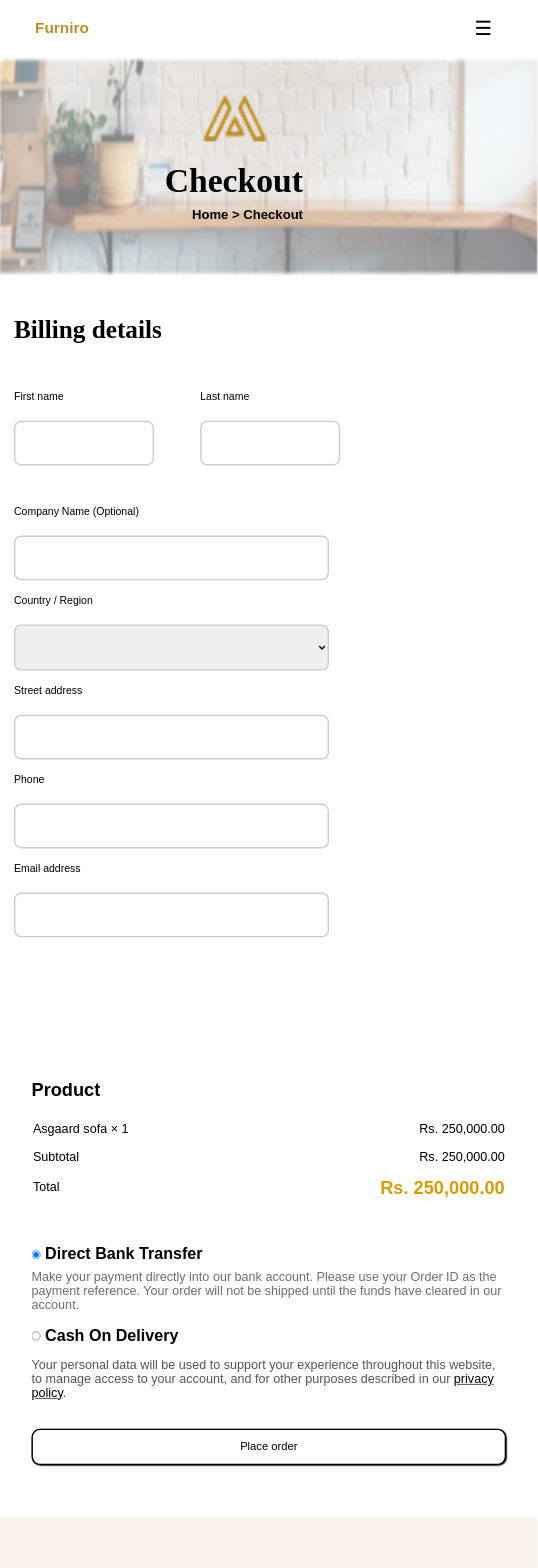
Repository: Ali1Kh/Furniro-ITI
Page: pages/checkout.html
An editor plug-in stored every save of this project. The page is shown before and after a run of saves, followed by the edit.
The browser window is 768 px wide. The pictures show the part of the page from y = 0 to 2240 px (the page is 3040 px tall before and 2975 px after), at 70% of full size.

Above is the page before, as saved 2025-07-19 20:48:57.

After the next 5 saves:
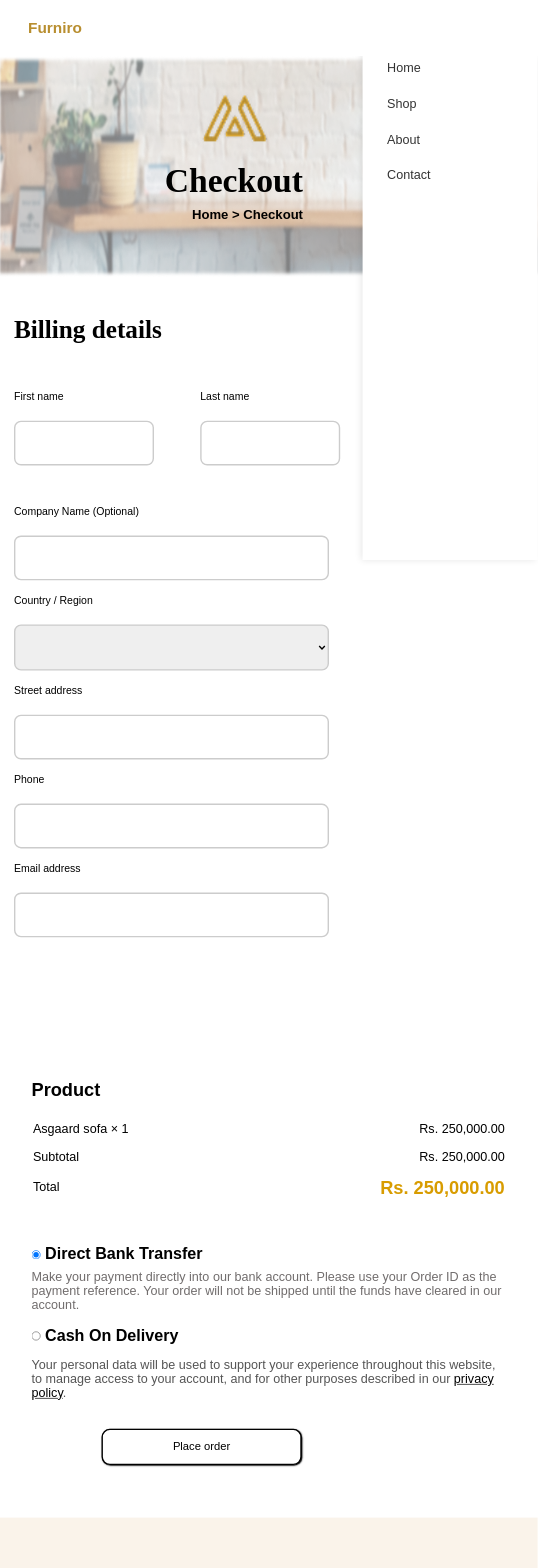
The 5 saves are shown as one change because they came seconds apart.
The last was saved 25 s later.
--- a/styles/checkout.css
+++ b/styles/checkout.css
@@ -273,7 +273,8 @@ form select {
 
 
 .footer-sec {
-  flex: 1 1 100%;
+  flex: 1 1 100;
+  margin: 20px 0;
 }
 
 .footer-sec h2.logo {
@@ -345,7 +346,7 @@ form select {
 }
 
 
-/* .navBar {
+.navBar {
   display: flex;
   justify-content: space-between;
   align-items: center;
@@ -385,7 +386,7 @@ form select {
   font-size: 18px;
   color: #333;
   text-decoration: none;
-} */
+}
 
 @media (max-width: 768px) {
   .navBarLinks,
@@ -405,12 +406,9 @@ form select {
     flex: 1 1 48%;
   }
 
-    /* .btn {
+    .btn {
     width: auto;
     padding: 15px 100px;
     margin-left: 100px;
-  } */
-  .footer-sec {
-    flex: 1 1 45%;
   }
 }
